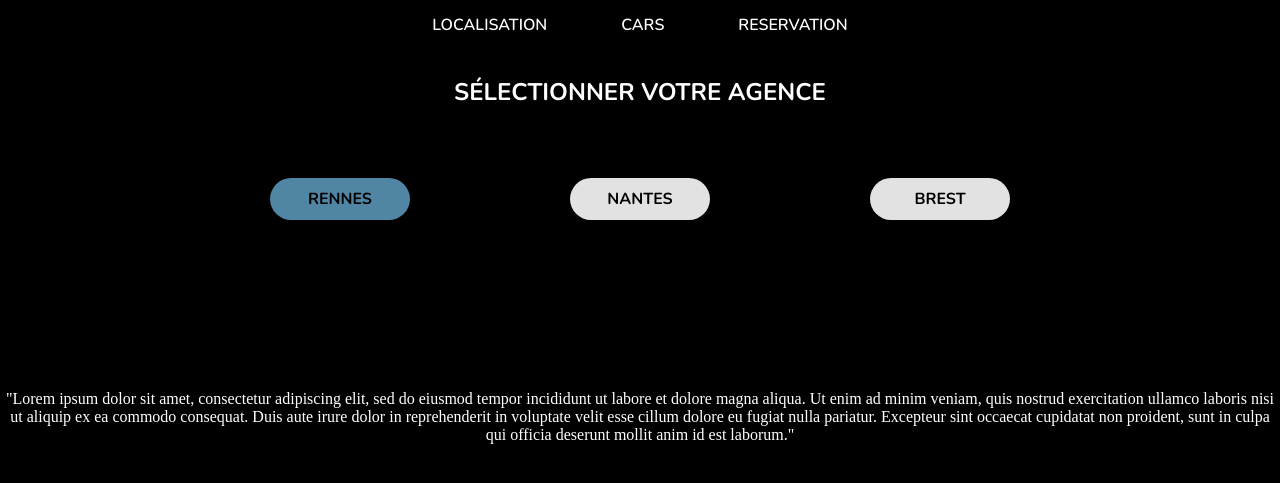
Repository: romgrm/jenaipasdevoiture
Page: src/main/java/fr/romgrm/index.html
These files come from the project's save history. The page is drawn as it stood at one moment and after the next save; the edit follows.
The browser window is 1280 px wide. The pictures show the whole page.
The pointer rests on the first visible `.agence`.
An inner scrolling area shows only its first screen.

Above is the page before, as saved 2020-10-15 21:32:04.

After the next save:
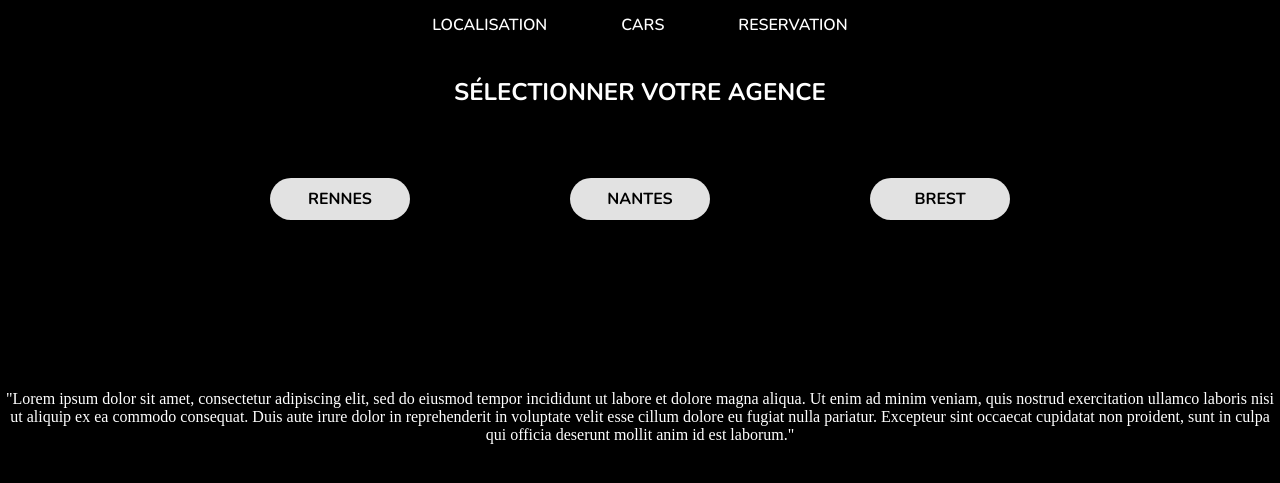
Saved 15 s later.
--- a/src/main/java/fr/romgrm/style.css
+++ b/src/main/java/fr/romgrm/style.css
@@ -126,7 +126,7 @@
     color: black;
 }
 
- .agence:hover{
+ .agence:hover .child{
     background-color: rgb(80, 133, 163);
 }
 

After the save that followed:
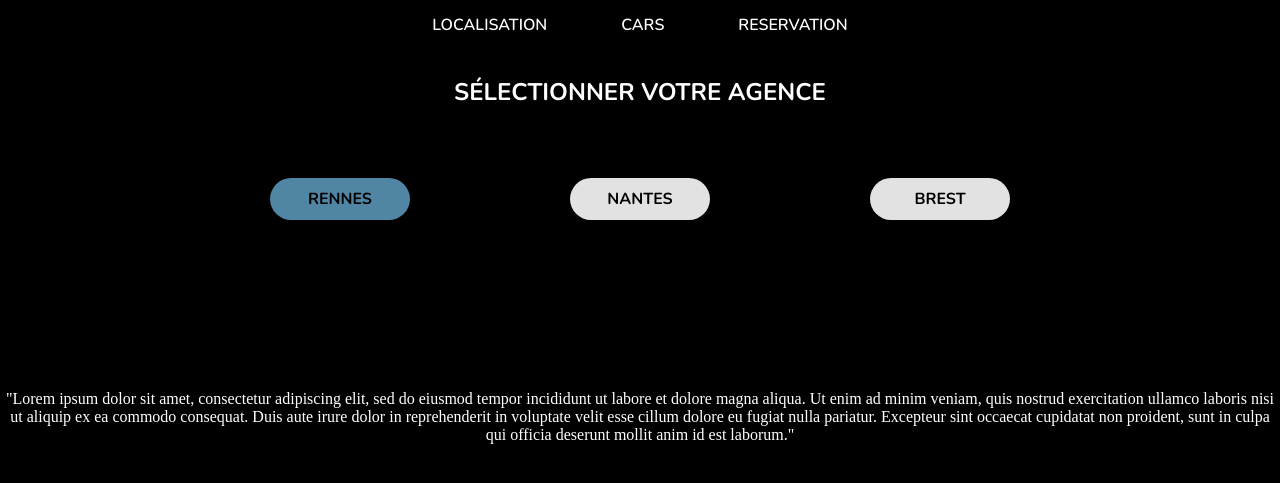
Saved 7 s later.
--- a/src/main/java/fr/romgrm/style.css
+++ b/src/main/java/fr/romgrm/style.css
@@ -126,7 +126,7 @@
     color: black;
 }
 
- .agence:hover .child{
+ .agence:hover{
     background-color: rgb(80, 133, 163);
 }
 
